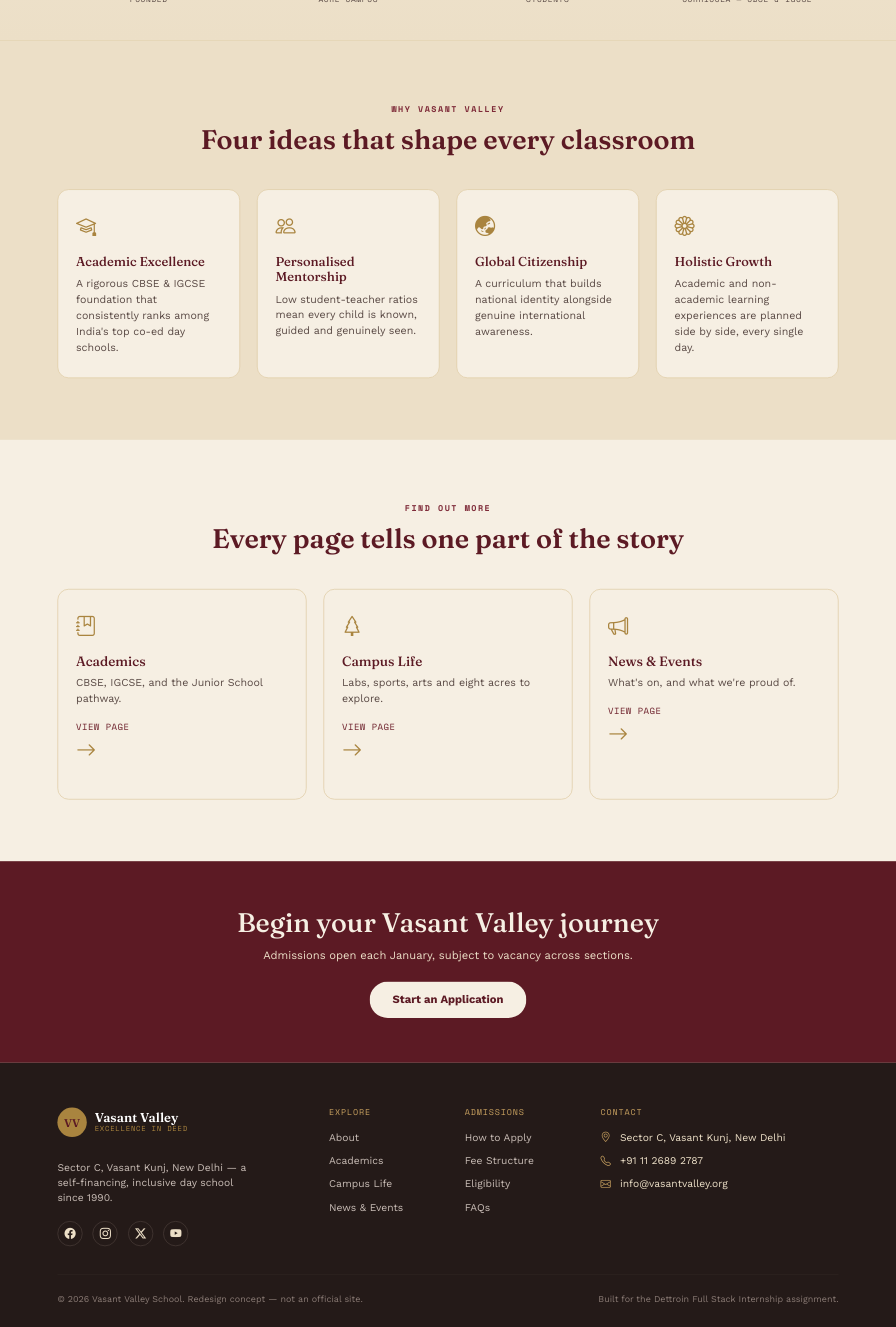
Repository: SanjanaTiwari06/DETTROIN-INT---SchoolWebsite
Page: /
The author's editor kept a copy of each file at every save. The page is drawn from the files as they stood at one save, then again after the next save.
The browser window is 1280 px wide. The pictures show the part of the page from y = 866 to 2786 px (the page is 2762 px tall before and 2786 px after), at 70% of full size.
The project was rebuilt for these pictures with package versions that can differ from the ones it lists, and the page was loaded fresh each time. Also part of the build but not shown: vite.config.js, src/pages/About.jsx, src/pages/Academics.jsx, src/pages/CampusLife.jsx, src/pages/News.jsx, src/pages/Contact.jsx, src/pages/NotFound.jsx.

Above is the page before, as saved 2026-07-27 11:21:30.

After the next save:
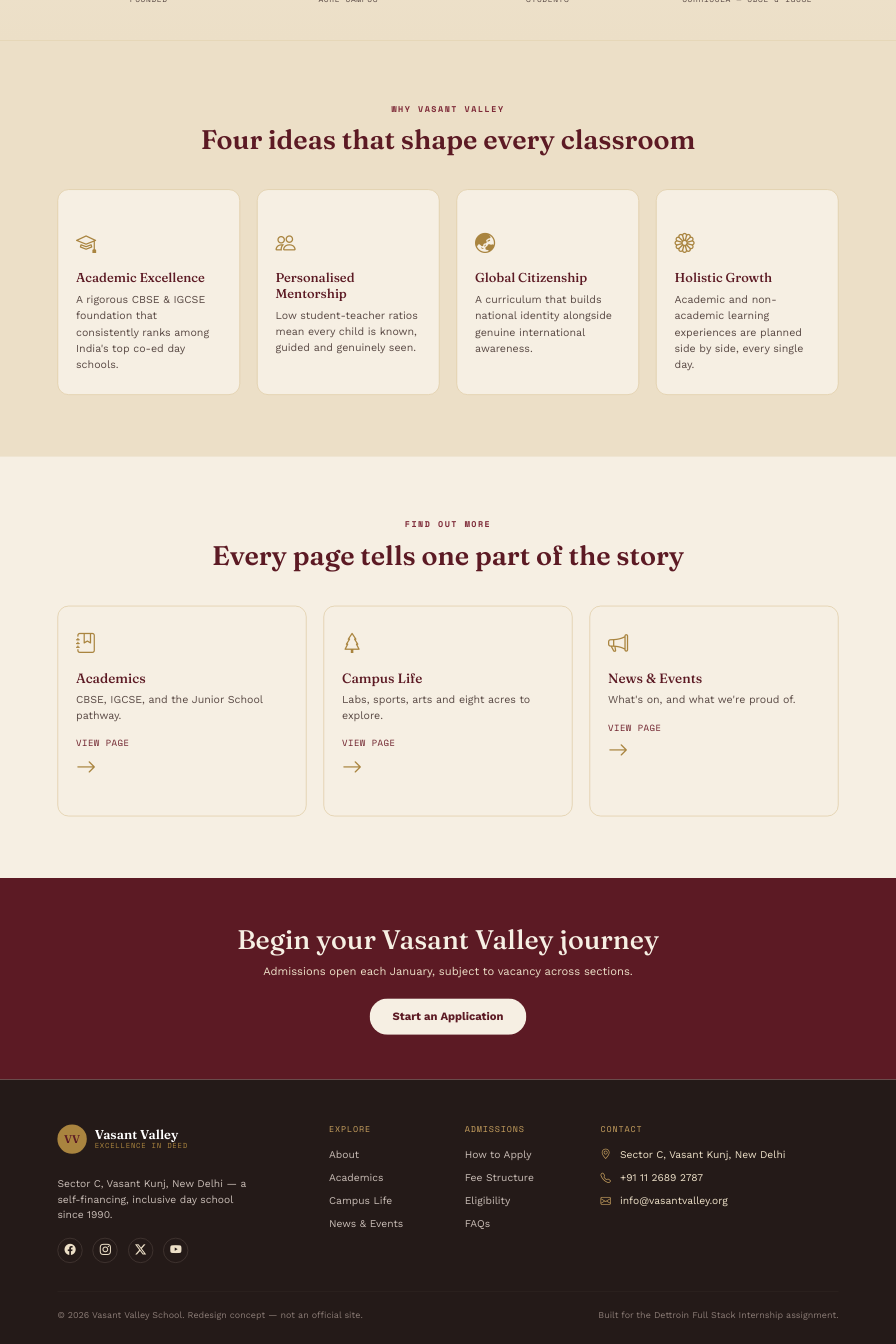
Saved 3 min 6 s later.
--- a/src/pages/Home.jsx
+++ b/src/pages/Home.jsx
@@ -85,6 +85,7 @@
             {pillars.map((p) => (
               <div className="col-md-6 col-lg-3" key={p.title}>
                 <div className="vvs-pillar">
+                  <img src={p.image} alt="" className="vvs-pillar-bg" loading="lazy" aria-hidden="true" />
                   <i className={`bi ${p.icon} vvs-pillar-icon`}></i>
                   <h3>{p.title}</h3>
                   <p>{p.text}</p>
